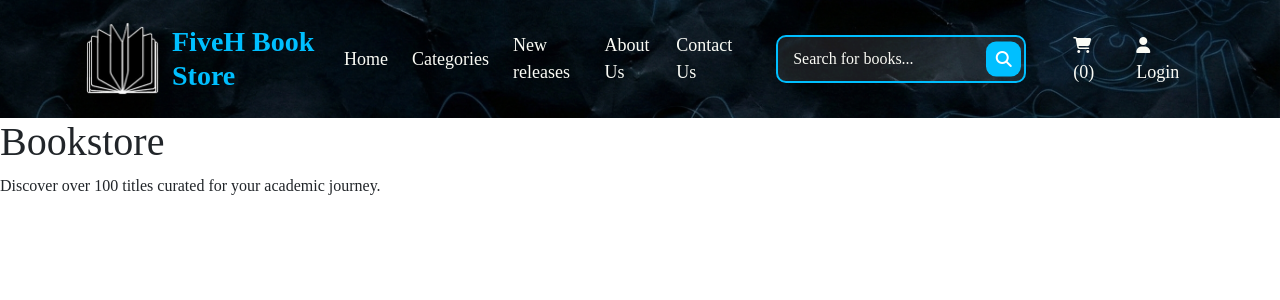
Repository: Hoangriji/Book_Store-HTCNWeb
Page: pages/categories/categories.html
These files come from the project's save history. The page is drawn as it stood at one moment and after a run of saves; the edit follows.
The browser window is 1280 px wide. The pictures show the whole page.
Some web fonts or font styles are not loaded; a fallback is used. Some web libraries are served in a nearby version.

Above is the page before, as saved 2026-02-10 12:40:52.

### pages/categories/categories.html
<!DOCTYPE html>
<html lang="en">
<head>
    <meta charset="UTF-8">
    <meta name="viewport" content="width=device-width, initial-scale=1.0">
    <title>FiveH Book Store</title>
    <link rel="stylesheet" href="categories.css">
    <link rel="stylesheet" href="/shared/css/bootstrap.min.css">
    <!-- icon awesome free -->
    <script src="https://kit.fontawesome.com/81f80860c2.js" crossorigin="anonymous"></script>
</head>
<body>
     <!-- header -->
    <header class="inner-header"></header>

    <!-- Page Header -->
     <div class="page-header">
        <div class="page-header-container">
            <div class="page-header__content">
                <h1 class="page-header__title">Bookstore</h1>
                <p class="page-header__subtitle">Discover over 100 titles curated for your academic journey.</p>
            </div>
        </div>
     </div>

    <script src="categories.js"></script>
    <script type="module" src="/shared/js/main.js"></script>
</body>
</html>

### pages/categories/categories.css
@import url('/shared/css/style.css');

### shared/js/main.js
import {header} from './components/header.js';
import {footer} from './components/footer.js';

const main = () => {
    // render header
    header();

    // render footer
    footer();
}

main();

### shared/css/style.css
@import url('./variables.css');
@import url('./components/header.css');
@import url('./components/footer.css');

* {
    margin: 0;
    padding: 0;
    box-sizing: border-box;
    font-family: var(--font-main);
}

/* width  scrollbar */
::-webkit-scrollbar {
    width: 8px;
}

/* scrollbar track color */
::-webkit-scrollbar-track {
    background: var(--color-menu);
    border-radius: 10px;
}

/* scrollbar thumb color and shape */
::-webkit-scrollbar-thumb {
    background: var(--color-primary);
    border-radius: 10px;
}

/* hover on scrollbar thumb */
::-webkit-scrollbar-thumb:hover {
    background: var(--color-button-hover);
}

body {
    background-color: var(--color-background);
}

a {
    text-decoration: none;
}

### shared/css/variables.css
@import url('https://fonts.googleapis.com/css2?family=Bona+Nova:ital,wght@0,400;0,700;1,400&family=Roboto:ital,wght@0,100..900;1,100..900&display=swap');

:root {
    --color-primary: #00BFFF;
    --color-secondary: #00A3E0;
    --color-button: #00BFFF;
    --color-button-hover: #0099CC;
    --color-background: #fbfdf8;
    --color-background-dark: #010409;
    --color-menu: rgb(1, 4, 9);
    --color-text-dark: #010409;
    --color-text-light: #FAFBF5;
    --color-accent: #40E0D0;
    --font-main: "Bova Nova", serif;
}

### shared/css/components/header.css
.inner-header {
    width: 100%;
    background-image: url(/imgs/homePage/bg-header.webp);
    background-repeat: no-repeat;
    background-size: cover;
    background-position: center;
    position: sticky;
    top: 0;
    z-index: 9;
}

.header-wrapper {
    width: 100%;
    display: flex;
    align-items: center;
    justify-content: space-between;
    padding: 8px 0;
    margin: 0 auto;
}

/* logo */
.logo {
    max-width: 250px;
    display: flex;
    align-items: center;
    justify-content: center;
    gap: 10px;
    text-decoration: none;
}

.logo img {
    width: 80px;
    height: auto;
}

.logo h3 {
    color: var(--color-primary);
    font-weight: bold;
    margin: 0;
    padding: 0;
}

/* menu-overlay */
.menu-overlay {
    display: none;
    position: fixed;
    top: 0;
    left: 0;
    width: 100%;
    height: 100%;
    background-color: rgba(0, 0, 0, 0.5);
    z-index: 99;
}

/* menu */
.menu {
    display: flex;
    align-items: center;
    justify-content: center;
    gap: 2rem;
}

/* close btn - hidden on desktop */
.close-menu-btn {
    display: none;
}

/* nav */
.inner-nav ul {
    display: flex;
    align-items: center;
    justify-content: center;
    list-style: none;

    /* do bị ảnh hưởng tử bs css nên thêm 2 dòng dưới */
    margin: 0;
    padding: 0;
}

.inner-nav ul li a {
    font-size: 18px;
    color: var(--color-text-light);
    text-decoration: none;
    transition: all 0.3s ease;
    padding: 1.5rem 12px;
    display: inline-flex;
    align-items: center;
    border-radius: 8px;
}

.inner-nav ul li a:hover {
    color: var(--color-primary);
    transform: translateY(-5px);
}

/* search */
.search-bar {
    position: relative;
}

.search-bar input {
    width: 250px;
    padding: 10px 45px 10px 15px;
    border: 2px solid var(--color-primary);
    border-radius: 10px;
    font-size: 16px;
    outline: none;
    transition: all 0.3s ease;
    background-color: rgba(255, 255, 255, 0.1);
    color: var(--color-text-light);
}

.search-bar input::placeholder {
    color: var(--color-text-light);
}

.search-bar input:focus {
    border: 2px solid var(--color-primary);
}

.search-bar button {
    position: absolute;
    right: 5px;
    top: 50%;
    transform: translateY(-50%);
    background-color: var(--color-primary);
    border: none;
    color: #fff;
    width: 35px;
    height: 35px;
    border-radius: 10px;
    cursor: pointer;
    transition: all 0.3s ease;
}

.search-bar button:hover {
    box-shadow: inset -3px -3px 6px rgba(0, 0, 0, 0.5),
                inset 3px 3px 6px rgba(255, 255, 255, 0.5);
    background-color: var(--color-button-hover);
}

/* user actions */
.user-actions {
    display: flex;
    align-items: center;
    justify-content: center;
}

.user-actions a {
    color: var(--color-text-light);
    font-size: 18px;
    text-decoration: none;
    transition: all 0.3s ease;
    display: inline-flex;
    align-items: center;
    gap: 5px;
    padding: 1.5rem 15px;
    border-radius: 8px;
}

.user-actions a i {
    font-size: 16px;
}

.user-actions a:hover {
    color: var(--color-primary);
    transform: translateY(-5px);
}

/* hamburger button */
.hamburger-btn {
    display: none;
    align-items: center;
    justify-content: center;
    width: 45px;
    height: 45px;
    background: transparent;
    border: 2px solid var(--color-primary);
    border-radius: 8px;
    cursor: pointer;
    padding: 0;
    z-index: 100;
    transition: all 0.3s ease;
}

.hamburger-btn i {
    color: var(--color-primary);
    font-size: 24px;
    transition: all 0.3s ease;
}

.hamburger-btn:hover {
    background-color: var(--color-primary);
}

.hamburger-btn:hover i {
    color: var(--color-text-light);
}

/* responsize */
@media (max-width: 1199.98px) {
    .header-wrapper {
        padding: 15px 1.5rem;
    }

    .inner-nav ul {
        gap: 0;
    }

    .inner-nav ul li a {
        font-size: 16px;
        padding: 0.8rem 10px;
    }

    .search-bar input {
        width: 200px;
    }
}

@media (max-width: 991.98px) {
    /* hamburger btn active */
    .hamburger-btn {
        display: flex;
    }

    .menu {
        position: fixed;
        top: 0;
        right: -100%;
        width: 320px;
        max-width: 85vw;
        height: 100vh;
        background: var(--color-menu);
        justify-content: flex-start;
        flex-direction: column;
        padding: 20px 25px;
        gap: 2.5rem;
        transition: right 0.4s ease;
        overflow-y: auto;
        z-index: 999;
    }

    .menu.active {
        right: 0;

    }

    /* close button */
    .close-menu-btn {
        display: flex;
        align-items: center;
        justify-content: center;
        width: 40px;
        height: 40px;
        background: transparent;
        border: 2px solid var(--color-primary);
        border-radius: 10px;
        cursor: pointer;
        align-self: flex-end;
        transition: all 0.3s ease;
    }

    .close-menu-btn i {
        color: var(--color-primary);
        font-size: 22px;
    }

    .close-menu-btn:hover {
        background-color: var(--color-primary);
        transform: rotate(90deg);
    }

    .close-menu-btn:hover i {
        color: var(--color-text-light);
    }

    .inner-nav{
        width: 100%;
    }

    .inner-nav ul {
        flex-direction: column;
        width: 100%;
    }

    .inner-nav ul li {
        width: 100%;
        border-bottom: 2px solid gray;
    }

    .inner-nav ul li a {
        width: 100%;
        padding: 14px 16px;
        font-size: 17px;
        justify-content: flex-start;
    }

    .inner-nav ul li a i {
        font-size: 18px;
        width: 25px;
    }

    .inner-nav ul li a:hover {
        transform: translateX(10px);
        padding-left: 20px;
    }

    .search-bar {
        width: 100%;
    }

    .search-bar input {
        width: 100%;
        padding: 12px 50px 12px 18px;
        font-size: 16px;
        background-color: rgba(255, 255, 255, 0.05);
    }

    .search-bar button {
        right: 8px;
        width: 38px;
        height: 38px;
    }

    .user-actions {
        flex-direction: column;
        gap: 12px;
        width: 250px;
    }

    .user-actions .user-actions-link {
        width: 100%;
        font-size: 17px;
        border-radius: 0;
        justify-content: flex-start;
        border-bottom: 2px solid gray;
        margin: 0;
        padding: 14px 16px;
    }

   .user-actions-link i {
        width: 25px;
    }

    .user-actions-btn{
        transition: all 0.3s ease;
    }

    .user-actions-link:hover .user-actions-btn{
        transform: translateX(10px);
    }
}


@media (max-width: 767.98px) {
    .header-wrapper {
        padding: 12px 1rem;
    }

    .logo {
        max-width: 200px;
    }

    .logo h3 {
        font-size: 18px;
    }

    .logo img {
        width: 60px;
    }

    .hamburger-btn {
        width: 40px;
        height: 40px;
    }

    .hamburger-btn i {
        font-size: 20px;
    }
}

@media (max-width: 575.98px) {
    .header-wrapper {
        padding: 10px 0.8rem;
    }

    .logo h3 {
        font-size: 18px;
    }

    .logo img {
        width: 50px;
    }

    .menu {
        width: 100vw;
        max-width: 100vw;
        padding: 25px 20px;
        /* tăng right lên vì để -100% thấy menu lấn vào màn viewport khi chưa active*/
        right: -200%;
    }

    .user-actions {
        width: 100%;
    }

    .cart-text {
        display: none;
    }
}

/* animation */
@keyframes fadeInDown {
    from {
        opacity: 0;
        transform: translateY(-30px);
    }
    to {
        opacity: 1;
        transform: translateY(0);
    }
}

.logo {
    animation: fadeInDown 0.6s ease forwards;
    animation-delay: 0.1s;
}

.inner-nav {
    animation: fadeInDown 0.6s ease forwards;
    animation-delay: 0.2s;
}

.search-bar {
    animation: fadeInDown 0.6s ease forwards;
    animation-delay: 0.3s;
}

.user-actions {
    animation: fadeInDown 0.6s ease forwards;
    animation-delay: 0.4s;
}

### shared/css/components/footer.css
.inner-footer {
    width: 100%;
    background: linear-gradient(90deg, var(--color-background-dark) 50%, #0a0e1a 100%);
    color: var(--color-text-light);
    padding: 2rem 0 0 0;
    margin-top: auto;
}

.footer-wrapper {
    width: 100%;
    margin: 0 auto;
}

.footer-content {
    padding-bottom: 20px;
    border-bottom: 1px solid gray;
}

.footer-section {
    display: flex;
    flex-direction: column;
    gap: 10px;
}

/* logo section */
.footer-section:first-child {
    max-width: 350px;
}

.footer-section img {
    width: 80px;
    height: auto;
}

.footer-section .footer-section-title {
    color: var(--color-primary);
    font-size: 22px;
    font-weight: bold;
    margin: 0;
}

.footer-section p {
    color: var(--color-text-light);
    line-height: 1.6;
    margin: 0;
    font-size: 15px;
}

/* social icons */
.social-icons {
    display: flex;
    gap: 15px;
    margin-top: 10px;
}

.social-icons a {
    display: flex;
    align-items: center;
    justify-content: center;
    width: 45px;
    height: 45px;
    background: transparent;
    border: 2px solid var(--color-primary);
    border-radius: 50%;
    color: var(--color-primary);
    text-decoration: none;
    transition: all 0.3s ease;
    font-size: 18px;
}

.social-icons a:hover {
    background: var(--color-primary);
    color: var(--color-text-light);
    transform: rotate(360deg);
}

/* quick links */
.footer-section ul {
    list-style: none;
    margin: 0;
    padding: 0;
    display: flex;
    flex-direction: column;
    gap: 5px;
}

.footer-section ul li a {
    color: var(--color-text-light);
    text-decoration: none;
    transition: all 0.3s ease;
    display: inline-flex;
    align-items: center;
    gap: 5px;
    padding: 10px 0;
}

.footer-section ul li i {
    color: var(--color-primary);
    font-size: 12px;
    transition: all 0.3s ease;
    margin-right: 10px;
}

.footer-section ul li:hover a {
    color: var(--color-primary);
    padding-left: 10px;
}

.footer-section ul li:hover i {
    transform: translateX(15px);
}

/* footer bottom */
.footer-bottom {
    padding: 20px 0;
    text-align: center;
}

.footer-bottom p {
    color: gray;
    margin: 0;
    font-size: 16px;
}

/* responsive */
@media (min-width: 1200px) {
    .footer-wrapper {
        max-width: 1320px;
        padding: 0 2rem;
    }
}

@media (max-width: 1199.98px) {
    .footer-wrapper {
        max-width: 100%;
        padding: 0 1.5rem;
    }
}

@media (max-width: 991.98px) {
    .inner-footer {
        padding: 50px 0 0;
    }

    .footer-content {
        padding-bottom: 25px;
    }

    .footer-section {
        gap: 12px;
    }

    .social-icons {
        flex-wrap: wrap;
    }
}

@media (max-width: 767.98px) {
    .inner-footer {
        padding: 40px 0 0;
    }

    .footer-wrapper {
        padding: 0 1rem;
    }

    .footer-content {
        padding-bottom: 20px;
    }

    .footer-section:first-child {
        max-width: 100%;
    }

    .footer-section .footer-section-title {
        font-size: 20px;
    }

    .footer-section p {
        font-size: 14px;
    }

    .social-icons {
        justify-content: flex-start;
    }

    .footer-bottom p {
        font-size: 14px;
    }
}

@media (max-width: 575.98px) {
    .inner-footer {
        padding: 30px 0 0;
    }

    .footer-wrapper {
        padding: 0 15px;
    }

    .footer-content {
        gap: 25px;
    }

    .footer-section .footer-section-title {
        font-size: 18px;
    }

    .footer-section img {
        width: 60px;
    }

    .footer-section p {
        font-size: 13px;
    }

    .footer-section .footer-section-title {
        font-size: 16px;
    }

    .footer-section ul li a {
        font-size: 14px;
        padding: 8px 0;
    }

    .social-icons {
        gap: 12px;
    }

    .social-icons a {
        width: 40px;
        height: 40px;
        font-size: 16px;
    }

    .footer-bottom {
        padding: 15px 0;
    }

    .footer-bottom p {
        font-size: 12px;
    }
}

/* animation */
@keyframes fadeInUp {
    from {
        opacity: 0;
        transform: translateY(30px);
    }
    to {
        opacity: 1;
        transform: translateY(0);
    }
}

.footer-section {
    animation: fadeInUp 0.6s ease forwards;
}

.footer-section:nth-child(1) { animation-delay: 0.1s; }
.footer-section:nth-child(2) { animation-delay: 0.2s; }
.footer-section:nth-child(3) { animation-delay: 0.3s; }
.footer-section:nth-child(4) { animation-delay: 0.4s; }

### shared/js/components/header.js
export const header = () => {
  const headerElement = document.querySelector(".inner-header");
  const headerTemplate = /* html */ `
    <div class="container">
      <div class="header-wrapper">
        <!-- logo -->
        <a class="logo" href="/">
          <img src="/imgs/homePage/logo.png" alt="">
          <h3>FiveH Book Store</h3>
        </a>

        <!-- hamburger btn -->
        <button class="hamburger-btn" aria-label="Toggle menu">
          <i class="fa-solid fa-bars"></i>
        </button>

        <!-- overlay -->
        <div class="menu-overlay" style="display: none;"></div>

        <!-- menu -->
        <div class="menu">
          <!-- close btn for mobile -->
          <button class="close-menu-btn" aria-label="Close menu">
            <i class="fa-solid fa-times"></i>
          </button>

          <!-- nav -->
          <nav class="inner-nav">
            <ul>
              <li><a href="/"> Home</a></li>
              <li><a href="/pages/categories/categories.html">Categories</a></li>
              <li><a href="#">New releases</a></li>
              <li><a href="#">About Us</a></li>
              <li><a href="#">Contact Us</a></li>
            </ul>
          </nav>

          <!-- search -->
          <div class="search-bar">
            <input type="text" placeholder="Search for books...">
            <button type="submit"><i class="fa-solid fa-search"></i></button>
          </div>

          <!-- user -->
          <div class="user-actions">
            <a href="#" class="user-actions-link">
              <div class="user-actions-btn">
                <i class="fa-solid fa-cart-shopping"></i>
                <span class="cart-count">(0)</span>
              </div>
            </a>
            <a href="#" class="user-actions-link">
              <div class="user-actions-btn">
                <i class="fa-solid fa-user"></i>
                <span>Login</span>
              </div>
            </a>
          </div>
        </div>
      </div>
    </div>
  `;
  if (headerElement) {
    headerElement.innerHTML = headerTemplate;

    // hamburger
    const hamburgerBtn = headerElement.querySelector(".hamburger-btn");
    const closeBtn = headerElement.querySelector(".close-menu-btn");
    const menu = headerElement.querySelector(".menu");
    const menuLinks = headerElement.querySelectorAll(".menu a");

    // open menu
    if (hamburgerBtn && menu) {
      hamburgerBtn.addEventListener("click", () => {
        menu.classList.add("active");
        document.body.style.overflow = "hidden";
        const menuOverlay = headerElement.querySelector(".menu-overlay");
        if (menuOverlay) {
          menuOverlay.style.display = "block";
        }
      });
    }

    // close menu
    if (closeBtn && menu) {
      closeBtn.addEventListener("click", () => {
        menu.classList.remove("active");
        document.body.style.overflow = "";
        const menuOverlay = headerElement.querySelector(".menu-overlay");
        if (menuOverlay) {
          menuOverlay.style.display = "none";
        }
      });
    }

    // close menu when clicking on links
    menuLinks.forEach((link) => {
      link.addEventListener("click", () => {
        if (window.innerWidth <= 992) {
          menu.classList.remove("active");
          document.body.style.overflow = "";
          const menuOverlay = headerElement.querySelector(".menu-overlay");
          if (menuOverlay) {
            menuOverlay.style.display = "none";
          }
        }
      });
    });

    // close menu when clicking outside
    document.addEventListener("click", (e) => {
      if (
        menu.classList.contains("active") &&
        !menu.contains(e.target) &&
        !hamburgerBtn.contains(e.target)
      ) {
        menu.classList.remove("active");
        document.body.style.overflow = "";
        const menuOverlay = headerElement.querySelector(".menu-overlay");
        if (menuOverlay) {
          menuOverlay.style.display = "none";
        }
      }
    });

    // handle window resize
    window.addEventListener("resize", () => {
      if (window.innerWidth > 992) {
        menu.classList.remove("active");
        document.body.style.overflow = "";
        const menuOverlay = headerElement.querySelector(".menu-overlay");
        if (menuOverlay) {
          menuOverlay.style.display = "none";
        }
      }
    });
  }
};

### shared/js/components/footer.js
export const footer = () => {
  const footerElement = document.querySelector(".inner-footer");
  const footerTemplate = /* html */ `
        <div class="container">
            <div class="footer-wrapper">
                <div class="row g-4 footer-content">
                    <div class="col-12 col-md-6 col-lg-5 footer-section">
                        <img src="imgs/homePage/logo.png" alt="">
                        <h4 class="footer-section-title">FiveH Book Store</h4>
                        <p>Your one-stop shop for all your reading needs. Discover, explore, and indulge in the world of books with us!</p>
                    </div>

                    <div class="col-12 col-md-6 col-lg footer-section">
                        <h4 class="footer-section-title">Contact Us</h4>
                        <p>Email: contact@bookstore.com</p>
                        <p>Phone: +1 234 567 890</p>
                        <p>Address: 123 Book St, City, Country</p>
                    </div>

                    <div class="col-12 col-md-6 col-lg footer-section">
                        <h4 class="footer-section-title">Follow Us</h4>
                        <div class="social-icons">
                            <a href="#"><i class="fa-brands fa-facebook-f"></i></a>
                            <a href="#"><i class="fa-brands fa-twitter"></i></a>
                            <a href="#"><i class="fa-brands fa-instagram"></i></a>
                        </div>
                    </div>

                    <div class="col-12 col-md-6 col-lg footer-section">
                        <h4 class="footer-section-title">Quick Links</h4>
                        <ul>
                            <li><i class="fa-solid fa-arrow-right"></i><a href="index.html">Home</a></li>
                            <li><i class="fa-solid fa-arrow-right"></i><a href="#">Categories</a></li>
                            <li><i class="fa-solid fa-arrow-right"></i><a href="#">New releases</a></li>
                            <li><i class="fa-solid fa-arrow-right"></i><a href="#">About Us</a></li>
                            <li><i class="fa-solid fa-arrow-right"></i><a href="#">Contact Us</a></li>
                        </ul>
                    </div>
                </div>

                <div class="footer-bottom">
                    <p>&copy; 2024 FiveH Book Store. All rights reserved.</p>
                </div>
            </div>
        </div>
    `;

  if (footerElement) {
    footerElement.innerHTML = footerTemplate;
  }
};

Loaded but not shown: shared/css/bootstrap.min.css (library); pages/categories/categories.js (no copy from this time; the picture is the same without it)

After the next 3 saves:
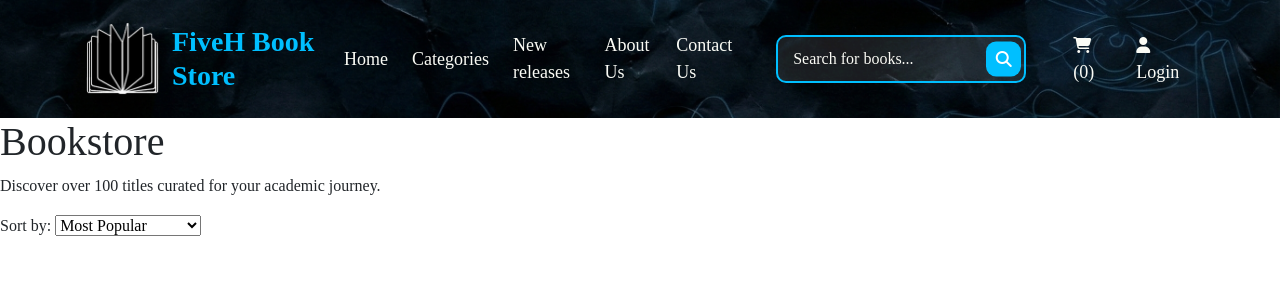
The 3 saves are shown as one change because they came seconds apart.
The last was saved 15 s later.
--- a/pages/categories/categories.html
+++ b/pages/categories/categories.html
@@ -20,6 +20,17 @@
                 <h1 class="page-header__title">Bookstore</h1>
                 <p class="page-header__subtitle">Discover over 100 titles curated for your academic journey.</p>
             </div>
+
+            <div class="page-header__actions">
+                <label class="page-header__sort-label">Sort by:</label>
+                <select class="page-header__sort-select">
+                    <option selected>Most Popular</option>
+                    <option>Newest</option>
+                    <option>Price: Low to High</option>
+                    <option>Price: High to Low</option>
+                    <option>Best Rating</option>
+                </select>
+            </div>
         </div>
      </div>
 
